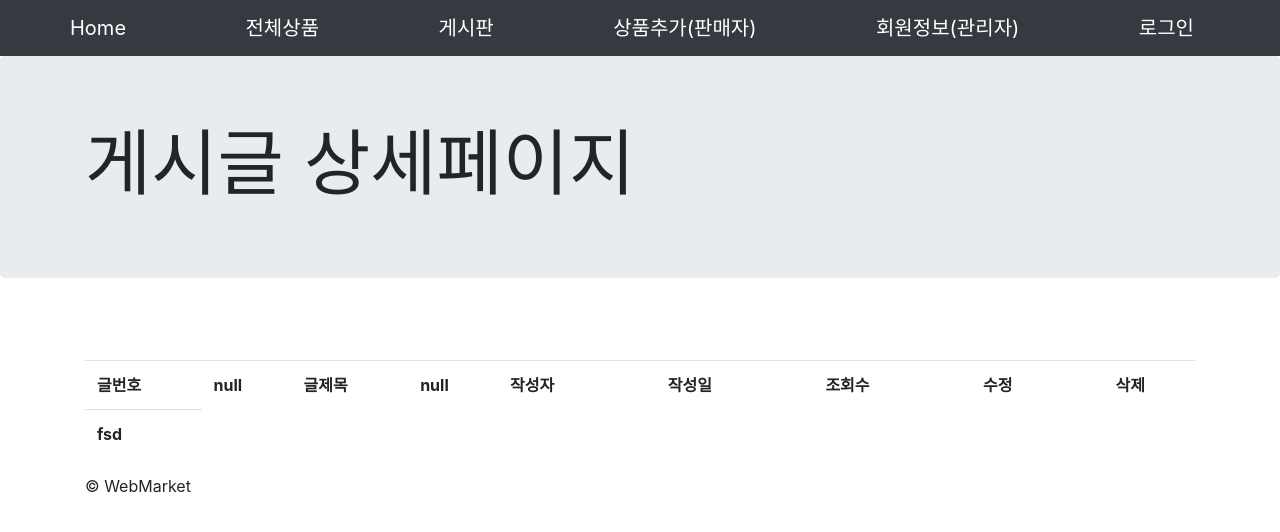
Repository: davisbyun/ai
Page: http://localhost/WebMarket/board/boardDetail.jsp
The author's editor kept a copy of each file at every save. The page is drawn from the files as they stood at one save, then again after the next save.
The browser window is 1280 px wide. The pictures show the whole page.
The page is served by Tomcat 9. Other server files are loaded and not shown.

Above is the page before, as saved 2024-01-30 02:13:11.

### WebMarket/src/main/webapp/board/boardDetail.jsp
<%@ page language="java" contentType="text/html; charset=UTF-8"
    pageEncoding="UTF-8"%>
<!DOCTYPE html>
<html>
<body>
<head>
<meta charset="UTF-8">
<title>boardDetail.jsp 게시글 상세페이지 </title>
<link rel="stylesheet" href="./css/bootstrap.min.css" />
</head>
<body>
  <jsp:include page="../menu.jsp"></jsp:include>
  <div class="jumbotron">
    <div class="container">
        <h1 class="display-3"> 게시글 상세페이지 </h1>
    </div>
  </div>
  <%

  	request.setCharacterEncoding("utf-8");
    //num=1&title=가입인사content=잘%20부탁합니다&writer=홍길동®_date=2024-01-30&count1
    String num = request.getParameter("num");
    String title = request.getParameter("title");
    String content = request.getParameter("contnet");
    String writer = request.getParameter("writer");


  %>


  <div class="container">

    <div style="padding-top: 50px">
	 <table class="table table-hover">
    	<tr>
    	<th>글번호</th> <th> <%=num %> </th>
    	<th>글제목</th> <th> <%=title %> </th>
    	<th>작성자</th> <th>  </th>
    	<th>작성일</th> <th>  </th>
    	<th>조회수</th> <th>  </th>
    	<th>수정</th> <th>  </th>
    	<th>삭제</th></tr>  <th> fsd </th>
     </table>
    </div>
  </div>




  <jsp:include page="../footer.jsp"/>

  </body>
  </html>

### WebMarket/src/main/webapp/menu.jsp
<%@ page language="java" contentType="text/html; charset=UTF-8"
    pageEncoding="UTF-8"%>
<!DOCTYPE html>
<html>
<head>
<meta charset="UTF-8">
<title>Insert title here</title>
<link rel="stylesheet" href="https://cdn.jsdelivr.net/npm/bootstrap@4.0.0/dist/css/bootstrap.min.css" integrity="sha384-Gn5384xqQ1aoWXA+058RXPxPg6fy4IWvTNh0E263XmFcJlSAwiGgFAW/dAiS6JXm" crossorigin="anonymous">
</head>
<body>
	 <nav class="navbar navbar-expand navbar-dark bg-dark">
    <div class="container">
        <div class="navbar-header">
            <a class="navbar-brand" href="/WebMarket/welcome.jsp">Home</a>
        </div>
        <div class="navbar-header">
            <a class="navbar-brand" href="/WebMarket/products.jsp">전체상품</a>
        </div>
        <div class="navbar-header">
            <a class="navbar-brand" href="/WebMarket/board/boardList.jsp">게시판</a>
        </div>
        <div class="navbar-header">
            <a class="navbar-brand" href="/WebMarket/addProduct.jsp">상품추가(판매자)</a>
        </div>
        <div class="navbar-header">
             <a class="navbar-brand" href="/WebMarket/member/memberInfo.jsp">회원정보(관리자)</a>
         </div>
         <%
            //세션 가져오기
            String name = (String)session.getAttribute("name");
         	String id = (String )session.getAttribute("id");
         	String loginOk = "로그인";
         	if( name != null ) {
         		loginOk = name + "님 ";
         %>
         <div class="navbar-header">
         	<div class="text-white"> <h5><%=loginOk %> </h5>&nbsp;&nbsp;
             <a class="navbar-brand" href="/WebMarket/member/logOut.jsp"> 로그아웃 </a>
         </div>
         </div>

         <%

         	}else {
         		loginOk = "로그인";
         %>
         <div class="navbar-header">
             <a class="navbar-brand" href="/WebMarket/member/login.jsp"><%= loginOk %></a>
         </div>
         <%
         	}
         %>

     </div>
   </nav>
</body>
</html>

### WebMarket/src/main/webapp/footer.jsp
<%@ page language="java" contentType="text/html; charset=UTF-8"
    pageEncoding="UTF-8"%>
<!DOCTYPE html>
<html>
<head>
<meta charset="UTF-8">
<title>Insert title here</title>
 <link rel="stylesheet" href="https://cdn.jsdelivr.net/npm/bootstrap@4.0.0/dist/css/bootstrap.min.css" integrity="sha384-Gn5384xqQ1aoWXA+058RXPxPg6fy4IWvTNh0E263XmFcJlSAwiGgFAW/dAiS6JXm" crossorigin="anonymous">
</head>
<body>
     <footer class="container">
	    <p>&copy; WebMarket</p>
	 </footer>
</body>
</html>

Loaded but not shown: WebMarket/src/main/webapp/css/bootstrap.min.css (library)

After the next save:
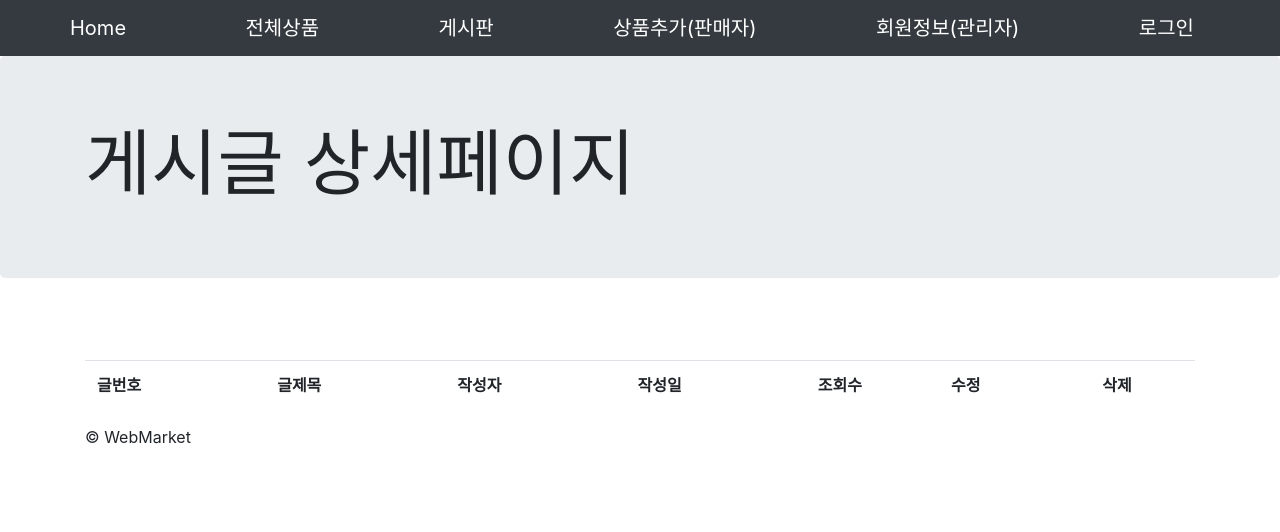
Saved 63 s later.
--- a/WebMarket/src/main/webapp/board/boardDetail.jsp
+++ b/WebMarket/src/main/webapp/board/boardDetail.jsp
@@ -33,13 +33,13 @@
     <div style="padding-top: 50px">
 	 <table class="table table-hover">
     	<tr>
-    	<th>글번호</th> <th> <%=num %> </th>
-    	<th>글제목</th> <th> <%=title %> </th>
+    	<th>글번호</th> <th>  </th>
+    	<th>글제목</th> <th>  </th>
     	<th>작성자</th> <th>  </th>
     	<th>작성일</th> <th>  </th>
-    	<th>조회수</th> <th>  </th>
-    	<th>수정</th> <th>  </th>
-    	<th>삭제</th></tr>  <th> fsd </th>
+    	<th>조회수</th>
+    	<th>수정</th> <th>
+    	<th>삭제</th></tr>
      </table>
     </div>
   </div>
